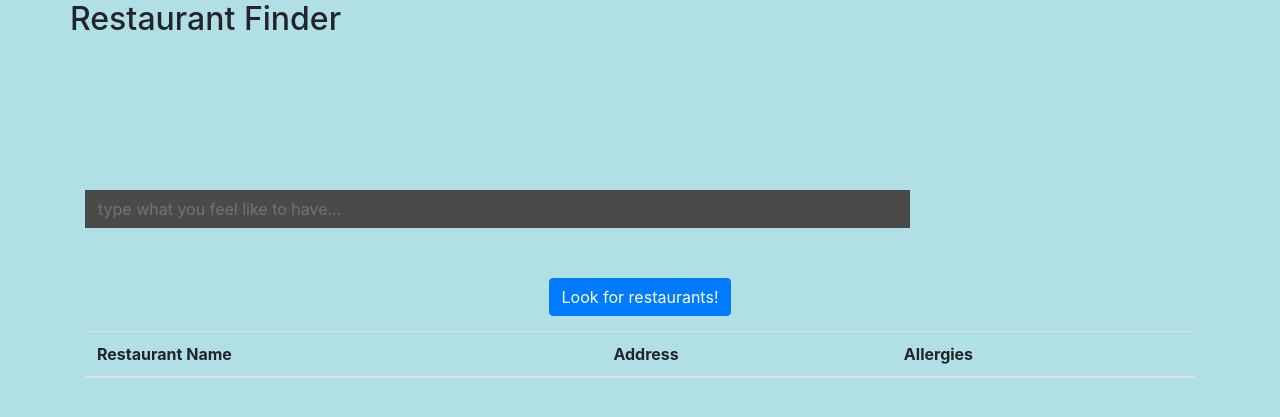
Repository: KobeRox/Loremips
Page: index.html
An editor plug-in stored every save of this project. The page is shown before and after the next save, followed by the edit.
The browser window is 1280 px wide. The pictures show the whole page.
Some web libraries are served in a nearby version.

Above is the page before, as saved 2019-09-08 22:03:57.
Console error: TypeError: Cannot read properties of undefined (reading 'fn')

### index.html
<html>

<head>
    <link rel="stylesheet" href="style.css">
    <link rel="stylesheet" href="https://stackpath.bootstrapcdn.com/bootstrap/4.3.1/css/bootstrap.min.css"
        integrity="sha384-ggOyR0iXCbMQv3Xipma34MD+dH/1fQ784/j6cY/iJTQUOhcWr7x9JvoRxT2MZw1T" crossorigin="anonymous">
    <script src="https://stackpath.bootstrapcdn.com/bootstrap/4.3.1/js/bootstrap.min.js"
        integrity="sha384-JjSmVgyd0p3pXB1rRibZUAYoIIy6OrQ6VrjIEaFf/nJGzIxFDsf4x0xIM+B07jRM"
        crossorigin="anonymous"></script>
    <script src="https://ajax.googleapis.com/ajax/libs/jquery/3.4.1/jquery.min.js"></script>
    <script src="https://code.jquery.com/ui/1.12.1/jquery-ui.min.js"></script>
    <script src="zomato_cuisines.js"></script>
    <script src="zomato_restaurants.js"></script>
    <script src="contractResponse.js"></script>
    <script src="convertDataToHtml.js"></script>
    <script type="text/javascript" charset="utf-8">

        $(document).ready(function () {

            $("#searchbar").autocomplete({

                minLength: 0,
                source: get_cuisineList(),
                focus: function (event, ui) {
                    $("#searchbar").val(ui.item.label);
                    return false;
                },
                select: function (event, ui) {
                    $("#searchbar").val(ui.item.label);
                    return false;
                }
            })

            $("#clicking").click(function () {
                var search = $('#searchbar').val();
                //console.log(search)
                var c_list = get_cuisineList();
                //console.log(c_list);
                var c_id = get_cuisineId(search);
                //console.log(c_id);
                get_restaurants(c_id, function (data) {
                    //console.log(data);
                    convertDataToHtml(data);
                });
            });
        });
    </script>
</head>

<body  style="background-color:powderblue;">
    <div class="container">
        <div class="panel-body" id="backgoundimg">

            <div class="row" style="text-align: center;">
                <h2>Restaurant Finder</h2>
            </div>

<br><br><br><br><br><br>

            <div class="row" style="margin-bottom: 50px;">

                <div class="col-xs-9 col-md-9">
                    <input type="text" class="form-control" id='searchbar' placeholder="type what you feel like to have... ">
                </div>

            </div>
            <div class="row" style="text-align: center;">
                <div class="col-xs-12 col-md-12">
                    <button type="button" class="btn btn-primary" style="margin-bottom: 15px;" id="clicking">Look
                        for restaurants!</button>
                </div>
            </div>
        </div>

        <div class="row">
            <div class="col-xs-12 col-md-12">
                <table class="table">
                    <thead>
                        <tr>
                            <th scope="col">Restaurant Name</th>
                            <th scope="col">Address</th>
                            <th scope="col">Allergies</th>
                        </tr>
                    <tbody id="restoResults">
                    </tbody>
                    </thead>
                </table>
            </div>


        </div>
        <!-- <div class="panel-footer"></div> -->
    </div>


</body>

</html>

### style.css
.background {
  background-image: "background.jpg";
  background-color: #9ce7f5;
}

#searchbar {
  border-radius: 0px;
  background: #4a4a4a;
  color: #4cc3d8;
  border: 1px solid #454545;
  height: 0 0 30px;
}
#searchbar:hover {
  background: gray;
}

.ui-tooltip {
  background: yellow;
  color: #96f226;
  border: 2px solid rgb(118, 214, 63);
  border-radius: 0px;
  box-shadow: 0 0;
}
.ui-autocomplete {
  background: #b8f3b8;
  border-radius: 0px;
  line-height: 30px;
  width: 160px;
}
.ui-autocomplete.source:hover {
  background: #2b9aa8;
}

.ui-menu .ui-menu-item a {
  background: red;
  height: 10px;
  font-size: 8px;
}

### zomato_cuisines.js
function get_cuisineId(name){

	for(var i=0; i<list_cuisine.length; i++){
		if (list_cuisine[i]["cuisine"]["cuisine_name"] == name)
			return list_cuisine[i]["cuisine"]["cuisine_id"];
	}
}

function get_cuisineList(){
	var cuisine_names= [];
	for(var i=0; i<list_cuisine.length; i++){
		cuisine_names.push(list_cuisine[i]["cuisine"]["cuisine_name"]);
	}
	return cuisine_names;
}
var  list_cuisine = [
        {
            "cuisine": {
                "cuisine_id": 6,
                "cuisine_name": "Afghani"
            }
        },
        {
            "cuisine": {
                "cuisine_id": 152,
                "cuisine_name": "African"
            }
        },
        {
            "cuisine": {
                "cuisine_id": 1,
                "cuisine_name": "American"
            }
        },
        {
            "cuisine": {
                "cuisine_id": 4,
                "cuisine_name": "Arabian"
            }
        },
        {
            "cuisine": {
                "cuisine_id": 151,
                "cuisine_name": "Argentine"
            }
        },
        {
            "cuisine": {
                "cuisine_id": 3,
                "cuisine_name": "Asian"
            }
        },
        {
            "cuisine": {
                "cuisine_id": 401,
                "cuisine_name": "Asian Fusion"
            }
        },
        {
            "cuisine": {
                "cuisine_id": 193,
                "cuisine_name": "BBQ"
            }
        },
        {
            "cuisine": {
                "cuisine_id": 5,
                "cuisine_name": "Bakery"
            }
        },
        {
            "cuisine": {
                "cuisine_id": 227,
                "cuisine_name": "Bar Food"
            }
        },
        {
            "cuisine": {
                "cuisine_id": 132,
                "cuisine_name": "Belgian"
            }
        },
        {
            "cuisine": {
                "cuisine_id": 270,
                "cuisine_name": "Beverages"
            }
        },
        {
            "cuisine": {
                "cuisine_id": 159,
                "cuisine_name": "Brazilian"
            }
        },
        {
            "cuisine": {
                "cuisine_id": 133,
                "cuisine_name": "British"
            }
        },
        {
            "cuisine": {
                "cuisine_id": 247,
                "cuisine_name": "Bubble Tea"
            }
        },
        {
            "cuisine": {
                "cuisine_id": 168,
                "cuisine_name": "Burger"
            }
        },
        {
            "cuisine": {
                "cuisine_id": 1039,
                "cuisine_name": "Cafe Food"
            }
        },
        {
            "cuisine": {
                "cuisine_id": 111,
                "cuisine_name": "Cambodian"
            }
        },
        {
            "cuisine": {
                "cuisine_id": 121,
                "cuisine_name": "Cantonese"
            }
        },
        {
            "cuisine": {
                "cuisine_id": 994,
                "cuisine_name": "Charcoal Chicken"
            }
        },
        {
            "cuisine": {
                "cuisine_id": 25,
                "cuisine_name": "Chinese"
            }
        },
        {
            "cuisine": {
                "cuisine_id": 161,
                "cuisine_name": "Coffee and Tea"
            }
        },
        {
            "cuisine": {
                "cuisine_id": 287,
                "cuisine_name": "Colombian"
            }
        },
        {
            "cuisine": {
                "cuisine_id": 144,
                "cuisine_name": "Contemporary"
            }
        },
        {
            "cuisine": {
                "cuisine_id": 35,
                "cuisine_name": "Continental"
            }
        },
        {
            "cuisine": {
                "cuisine_id": 928,
                "cuisine_name": "Creole"
            }
        },
        {
            "cuisine": {
                "cuisine_id": 881,
                "cuisine_name": "Crepes"
            }
        },
        {
            "cuisine": {
                "cuisine_id": 192,
                "cuisine_name": "Deli"
            }
        },
        {
            "cuisine": {
                "cuisine_id": 100,
                "cuisine_name": "Desserts"
            }
        },
        {
            "cuisine": {
                "cuisine_id": 268,
                "cuisine_name": "Drinks Only"
            }
        },
        {
            "cuisine": {
                "cuisine_id": 985,
                "cuisine_name": "Dumplings"
            }
        },
        {
            "cuisine": {
                "cuisine_id": 38,
                "cuisine_name": "European"
            }
        },
        {
            "cuisine": {
                "cuisine_id": 571,
                "cuisine_name": "Falafel"
            }
        },
        {
            "cuisine": {
                "cuisine_id": 40,
                "cuisine_name": "Fast Food"
            }
        },
        {
            "cuisine": {
                "cuisine_id": 1006,
                "cuisine_name": "Fijian"
            }
        },
        {
            "cuisine": {
                "cuisine_id": 112,
                "cuisine_name": "Filipino"
            }
        },
        {
            "cuisine": {
                "cuisine_id": 271,
                "cuisine_name": "Finger Food"
            }
        },
        {
            "cuisine": {
                "cuisine_id": 298,
                "cuisine_name": "Fish and Chips"
            }
        },
        {
            "cuisine": {
                "cuisine_id": 45,
                "cuisine_name": "French"
            }
        },
        {
            "cuisine": {
                "cuisine_id": 1025,
                "cuisine_name": "Fried Chicken"
            }
        },
        {
            "cuisine": {
                "cuisine_id": 501,
                "cuisine_name": "Frozen Yogurt"
            }
        },
        {
            "cuisine": {
                "cuisine_id": 274,
                "cuisine_name": "Fusion"
            }
        },
        {
            "cuisine": {
                "cuisine_id": 134,
                "cuisine_name": "German"
            }
        },
        {
            "cuisine": {
                "cuisine_id": 156,
                "cuisine_name": "Greek"
            }
        },
        {
            "cuisine": {
                "cuisine_id": 181,
                "cuisine_name": "Grill"
            }
        },
        {
            "cuisine": {
                "cuisine_id": 521,
                "cuisine_name": "Hawaiian"
            }
        },
        {
            "cuisine": {
                "cuisine_id": 143,
                "cuisine_name": "Healthy Food"
            }
        },
        {
            "cuisine": {
                "cuisine_id": 1022,
                "cuisine_name": "Hot Pot"
            }
        },
        {
            "cuisine": {
                "cuisine_id": 228,
                "cuisine_name": "Hungarian"
            }
        },
        {
            "cuisine": {
                "cuisine_id": 233,
                "cuisine_name": "Ice Cream"
            }
        },
        {
            "cuisine": {
                "cuisine_id": 148,
                "cuisine_name": "Indian"
            }
        },
        {
            "cuisine": {
                "cuisine_id": 114,
                "cuisine_name": "Indonesian"
            }
        },
        {
            "cuisine": {
                "cuisine_id": 154,
                "cuisine_name": "International"
            }
        },
        {
            "cuisine": {
                "cuisine_id": 140,
                "cuisine_name": "Iranian"
            }
        },
        {
            "cuisine": {
                "cuisine_id": 135,
                "cuisine_name": "Irish"
            }
        },
        {
            "cuisine": {
                "cuisine_id": 55,
                "cuisine_name": "Italian"
            }
        },
        {
            "cuisine": {
                "cuisine_id": 60,
                "cuisine_name": "Japanese"
            }
        },
        {
            "cuisine": {
                "cuisine_id": 265,
                "cuisine_name": "Jewish"
            }
        },
        {
            "cuisine": {
                "cuisine_id": 1042,
                "cuisine_name": "Jiangnan"
            }
        },
        {
            "cuisine": {
                "cuisine_id": 164,
                "cuisine_name": "Juices"
            }
        },
        {
            "cuisine": {
                "cuisine_id": 178,
                "cuisine_name": "Kebab"
            }
        },
        {
            "cuisine": {
                "cuisine_id": 167,
                "cuisine_name": "Kiwi"
            }
        },
        {
            "cuisine": {
                "cuisine_id": 67,
                "cuisine_name": "Korean"
            }
        },
        {
            "cuisine": {
                "cuisine_id": 1021,
                "cuisine_name": "Korean BBQ"
            }
        },
        {
            "cuisine": {
                "cuisine_id": 136,
                "cuisine_name": "Latin American"
            }
        },
        {
            "cuisine": {
                "cuisine_id": 66,
                "cuisine_name": "Lebanese"
            }
        },
        {
            "cuisine": {
                "cuisine_id": 69,
                "cuisine_name": "Malaysian"
            }
        },
        {
            "cuisine": {
                "cuisine_id": 977,
                "cuisine_name": "Meat Pie"
            }
        },
        {
            "cuisine": {
                "cuisine_id": 70,
                "cuisine_name": "Mediterranean"
            }
        },
        {
            "cuisine": {
                "cuisine_id": 73,
                "cuisine_name": "Mexican"
            }
        },
        {
            "cuisine": {
                "cuisine_id": 137,
                "cuisine_name": "Middle Eastern"
            }
        },
        {
            "cuisine": {
                "cuisine_id": 294,
                "cuisine_name": "Modern European"
            }
        },
        {
            "cuisine": {
                "cuisine_id": 1055,
                "cuisine_name": "Modern New Zealand"
            }
        },
        {
            "cuisine": {
                "cuisine_id": 74,
                "cuisine_name": "Mongolian"
            }
        },
        {
            "cuisine": {
                "cuisine_id": 147,
                "cuisine_name": "Moroccan"
            }
        },
        {
            "cuisine": {
                "cuisine_id": 117,
                "cuisine_name": "Nepalese"
            }
        },
        {
            "cuisine": {
                "cuisine_id": 50,
                "cuisine_name": "North Indian"
            }
        },
        {
            "cuisine": {
                "cuisine_id": 321,
                "cuisine_name": "Pacific"
            }
        },
        {
            "cuisine": {
                "cuisine_id": 139,
                "cuisine_name": "Pakistani"
            }
        },
        {
            "cuisine": {
                "cuisine_id": 209,
                "cuisine_name": "Pan Asian"
            }
        },
        {
            "cuisine": {
                "cuisine_id": 162,
                "cuisine_name": "Peruvian"
            }
        },
        {
            "cuisine": {
                "cuisine_id": 1020,
                "cuisine_name": "Pho"
            }
        },
        {
            "cuisine": {
                "cuisine_id": 82,
                "cuisine_name": "Pizza"
            }
        },
        {
            "cuisine": {
                "cuisine_id": 1019,
                "cuisine_name": "Poké"
            }
        },
        {
            "cuisine": {
                "cuisine_id": 87,
                "cuisine_name": "Portuguese"
            }
        },
        {
            "cuisine": {
                "cuisine_id": 983,
                "cuisine_name": "Pub Food"
            }
        },
        {
            "cuisine": {
                "cuisine_id": 320,
                "cuisine_name": "Ramen"
            }
        },
        {
            "cuisine": {
                "cuisine_id": 1033,
                "cuisine_name": "Roast"
            }
        },
        {
            "cuisine": {
                "cuisine_id": 84,
                "cuisine_name": "Russian"
            }
        },
        {
            "cuisine": {
                "cuisine_id": 998,
                "cuisine_name": "Salad"
            }
        },
        {
            "cuisine": {
                "cuisine_id": 304,
                "cuisine_name": "Sandwich"
            }
        },
        {
            "cuisine": {
                "cuisine_id": 83,
                "cuisine_name": "Seafood"
            }
        },
        {
            "cuisine": {
                "cuisine_id": 831,
                "cuisine_name": "Shanghai"
            }
        },
        {
            "cuisine": {
                "cuisine_id": 128,
                "cuisine_name": "Sichuan"
            }
        },
        {
            "cuisine": {
                "cuisine_id": 119,
                "cuisine_name": "Singaporean"
            }
        },
        {
            "cuisine": {
                "cuisine_id": 85,
                "cuisine_name": "South Indian"
            }
        },
        {
            "cuisine": {
                "cuisine_id": 89,
                "cuisine_name": "Spanish"
            }
        },
        {
            "cuisine": {
                "cuisine_id": 86,
                "cuisine_name": "Sri Lankan"
            }
        },
        {
            "cuisine": {
                "cuisine_id": 141,
                "cuisine_name": "Steak"
            }
        },
        {
            "cuisine": {
                "cuisine_id": 90,
                "cuisine_name": "Street Food"
            }
        },
        {
            "cuisine": {
                "cuisine_id": 177,
                "cuisine_name": "Sushi"
            }
        },
        {
            "cuisine": {
                "cuisine_id": 190,
                "cuisine_name": "Taiwanese"
            }
        },
        {
            "cuisine": {
                "cuisine_id": 179,
                "cuisine_name": "Tapas"
            }
        },
        {
            "cuisine": {
                "cuisine_id": 163,
                "cuisine_name": "Tea"
            }
        },
        {
            "cuisine": {
                "cuisine_id": 981,
                "cuisine_name": "Teppanyaki"
            }
        },
        {
            "cuisine": {
                "cuisine_id": 150,
                "cuisine_name": "Tex-Mex"
            }
        },
        {
            "cuisine": {
                "cuisine_id": 95,
                "cuisine_name": "Thai"
            }
        },
        {
            "cuisine": {
                "cuisine_id": 142,
                "cuisine_name": "Turkish"
            }
        },
        {
            "cuisine": {
                "cuisine_id": 1038,
                "cuisine_name": "Uyghur"
            }
        },
        {
            "cuisine": {
                "cuisine_id": 1034,
                "cuisine_name": "Vegan"
            }
        },
        {
            "cuisine": {
                "cuisine_id": 308,
                "cuisine_name": "Vegetarian"
            }
        },
        {
            "cuisine": {
                "cuisine_id": 641,
                "cuisine_name": "Venezuelan"
            }
        },
        {
            "cuisine": {
                "cuisine_id": 99,
                "cuisine_name": "Vietnamese"
            }
        },
        {
            "cuisine": {
                "cuisine_id": 978,
                "cuisine_name": "Yum Cha"
            }
        }
    ]

### zomato_restaurants.js
function get_restaurants(cuisine_id, callback) {
  $.ajax({
    url:
      "https://developers.zomato.com/api/v2.1/search?city_id=70&cuisines=" +
      cuisine_id,
    type: "GET",
    //d323749b276f5be54a2e776c45a7ad1a
    //b17db59020e7fbe543111e1e6c2e5ecb
    beforeSend: function(xhr) {
      xhr.setRequestHeader("user-key", "d323749b276f5be54a2e776c45a7ad1a");
    },
    success: function(data) {
      callback(convertContract(data));
    }
  });
}

### contractResponse.js
function convertContract(input) {
  var results = [];

  for (var x = 0; x < input.results_shown; x++) {
    results.push({
      restaurantName: input.restaurants[x].restaurant.name,
      address: input.restaurants[x].restaurant.location.address,
      allergies: input.restaurants[x].restaurant.cuisines.split(",")
    });
  }
  return results;
}

### convertDataToHtml.js
function convertDataToHtml(data) {
  var html;
  var test2 = document.getElementById("restoResults");
  //test2.innerHTML = " ";
  for (var test in data) {
    let dataRow = data[test];
    var row = document.createElement("tr");
    for (var property in dataRow) {
      var th = document.createElement("td");
      th.scope = "col";
      th.innerText = dataRow[property];
      row.appendChild(th);
    }
    test2.appendChild(row);
  }
  return html;
}

After the next save:
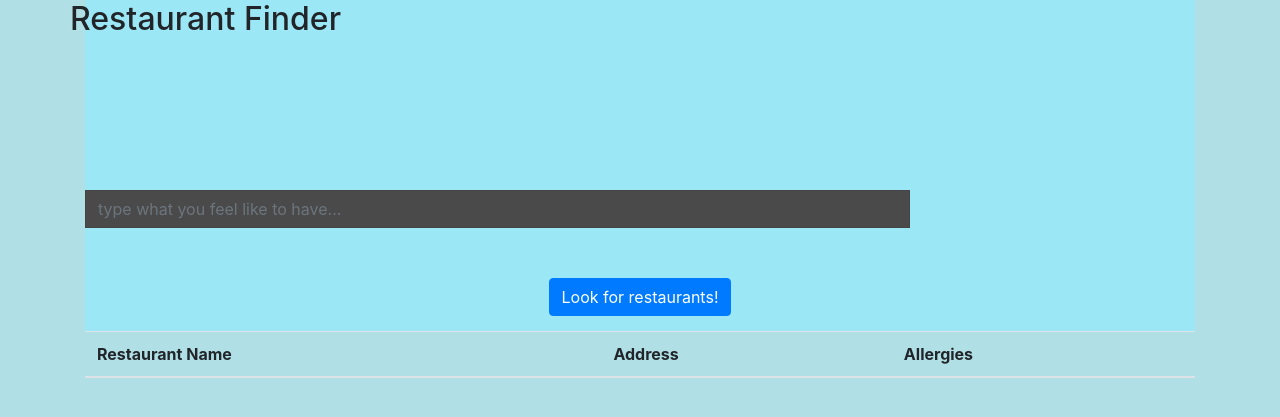
Saved 13 s later.
--- a/style.css
+++ b/style.css
@@ -1,4 +1,4 @@
-.background {
+#backgoundimg {
   background-image: "background.jpg";
   background-color: #9ce7f5;
 }

After the save that followed:
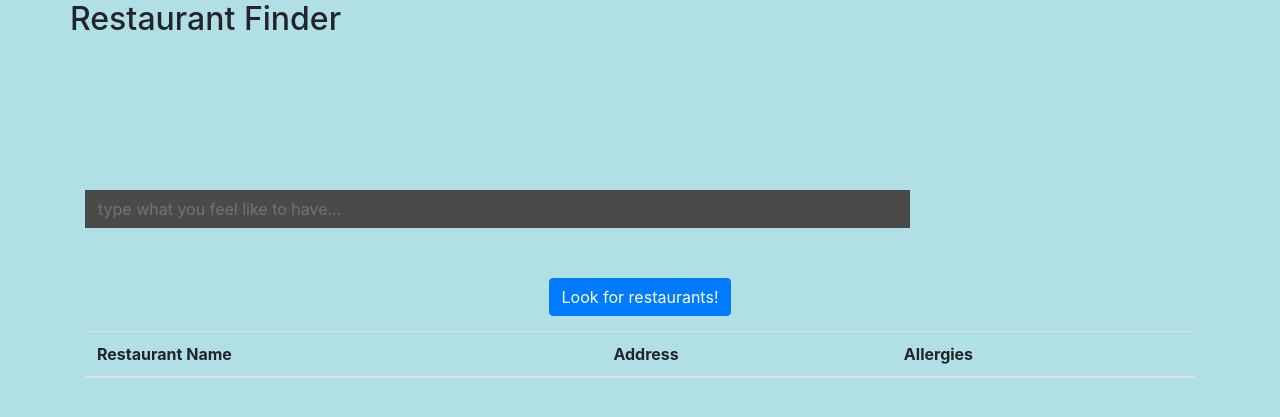
Saved 18 s later.
--- a/style.css
+++ b/style.css
@@ -1,6 +1,5 @@
 #backgoundimg {
   background-image: "background.jpg";
-  background-color: #9ce7f5;
 }
 
 #searchbar {
